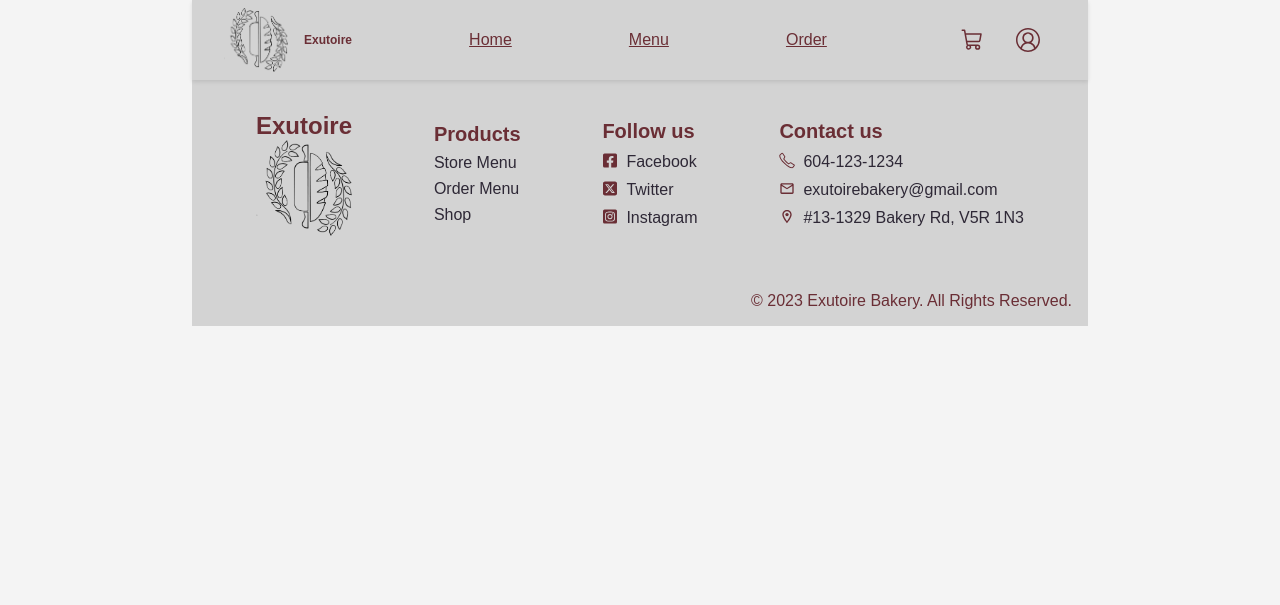
Repository: MelissaJacobi/COMP3170-final-proj
Page: /menu
The author's editor kept a copy of each file at every save. The page is drawn from the files as they stood at one save, then again after the next save.
The browser window is 1280 px wide. The pictures show the whole page.
The project was rebuilt for these pictures with package versions that can differ from the ones it lists, and the page was loaded fresh each time. Also part of the build but not shown: vite.config.js, src/components/Carousel.module.css, src/components/Carousel.tsx, src/components/Vision.module.css, src/components/Vision.tsx, src/components/MenuGallery.module.css, src/components/MenuGallery.tsx.

Above is the page before, as saved 2024-10-05 22:32:02.

### src/main.tsx
import { StrictMode } from 'react'
import { createRoot } from 'react-dom/client'
import App from './App.tsx'
import './index.css'

 createRoot(document.getElementById('root')!).render(
   <StrictMode>
     <App />
   </StrictMode>,
 )

### src/App.tsx
import { BrowserRouter as Router, Routes, Route } from 'react-router-dom';
import styles from './App.module.css';
import Header from './components/Header';
import Footer from './components/Footer';
import Carousel from './components/Carousel';
import Vision from './components/Vision';
import MenuGallery from './components/MenuGallery';
import Menu from './pages/menu';

function App() {
  return (
    <Router>
      <div className={styles.appContainer}>
      <Header />
      <Routes>

        <Route path="/" element={
          <>
            <Carousel />

              <div className={styles.filler}></div>
              <Vision />
              <MenuGallery />

          </>
        } />

        <Route path="/menu" element={<Menu />} />

      </Routes>
      <Footer />
      </div>
    </Router>
  );
}

export default App;

### src/index.css
* {
  margin: 0;
  padding: 0;
  box-sizing: border-box;
}

body {
  font-family: Arial, sans-serif;
  line-height: 1.6;
  background-color: #f4f4f4;
}

:root {
  --primary-color: lightgrey;
  --secondary-color: lightblue;
  --accent-color: #6A2E35;
  --background-color: white;
  --text-color: #2E2836;
}

### src/App.module.css
.appContainer {
    width: 70%;
    height: 100%;
    margin: auto;
}

.filler {
    height: 35rem;
}

### src/components/Header.tsx
// Header.tsx
import { Link } from 'react-router-dom';
import styles from './Header.module.css';
import logo from "../assets/images/logo.png";
import { PiShoppingCart } from "react-icons/pi";
import { VscAccount } from "react-icons/vsc";

export default function Header() {
  return (
    <div className={styles.container}>
      <div>
        <img src={logo} alt="Logo" className={styles.logo} />
        <p className={styles.siteTitle}>Exutoire</p>
      </div>
      <Link to="/" className={styles.links}>Home</Link>
      <Link to="/Menu" className={styles.links}>Menu</Link>
      <Link to="/order" className={styles.links}>Order</Link>
      <div>
        <PiShoppingCart className={styles.icon} />
        <VscAccount className={styles.icon} />
      </div>
    </div>
  );
}

### src/components/Footer.tsx
import logo from "../assets/images/logo.png"
import styles from "./Footer.module.css"
import { FaFacebookSquare } from "react-icons/fa";
import { FaSquareXTwitter } from "react-icons/fa6";
import { FaInstagramSquare } from "react-icons/fa";
import { SlPhone } from "react-icons/sl";
import { MdOutlineMailOutline } from "react-icons/md";
import { MdOutlineLocationOn } from "react-icons/md";

export default function Footer() {

  return (
    <>
      <div className={styles.container}>
        <div>
            <p className={styles.siteTitle}>Exutoire</p>
            <img src={logo} alt="Logo" className={styles.logo}/>
        </div>
        <ul>
          <p>Products</p>
          <li>Store Menu</li>
          <li>Order Menu</li>
          <li>Shop</li>
        </ul>
        <ul>
          <p>Follow us</p>
          <li><FaFacebookSquare className={styles.socialIcon}/>Facebook</li>
          <li><FaSquareXTwitter className={styles.socialIcon}/>Twitter</li>
          <li><FaInstagramSquare className={styles.socialIcon}/>Instagram</li>
        </ul>
        <ul>
          <p>Contact us</p>
          <li><SlPhone  className={styles.socialIcon}/>604-123-1234</li>
          <li><MdOutlineMailOutline className={styles.socialIcon}/>exutoirebakery@gmail.com</li>
          <li><MdOutlineLocationOn className={styles.socialIcon}/>#13-1329 Bakery Rd, V5R 1N3</li>
        </ul>
      </div>
      <p className={styles.copywrite}>© 2023 Exutoire Bakery.  All Rights Reserved.</p>
    </>
  )
}

### src/pages/menu.tsx
import styles from './Menu.module.css'

export default function Menu() {

  return (
    <>
    <div className={styles.container}>
        <div className={styles.banner}>

        </div>
    </div>

    </>
  )
}

### src/components/Header.module.css
.container {
    background-color: var(--primary-color);
    width: 100%;
    height: 5rem;
    display: flex;
    align-items: center;
    justify-content: space-between;
    padding: 2rem;
    position: sticky;
    top: 0;
    z-index: 1000;
    box-shadow: 0 2px 4px rgba(0, 0, 0, 0.1);
}

.logo {
    height: 4rem;
    width: 4rem;
}

.siteTitle {
    font-size: 12px;
    font-style: normal;
    font-weight: 700;
    line-height: normal;
    margin-left: 1rem;
    color: var(--accent-color)
}

.container div {
    display: flex;
    align-items: center;
}

.links {
    font-size: 16px;
    font-style: normal;
    font-weight: 400;
    line-height: normal;
    color: var(--accent-color)
}

.icon {
    height: 1.5rem;
    width: 1.5rem;
    margin: 1rem;
    color: var(--accent-color)
}

### src/components/Footer.module.css
.container {
    background-color: var(--primary-color);
    height: 100%;
    width: 100%;
    display: flex;
    align-items: center;
    justify-content: space-between;
    padding: 2rem 4rem;
}

.container div{
    text-align: center;
}

.logo {
    width: 6rem;
    height: 6rem;
}

.siteTitle {
    font-size: 24px;
    font-style: normal;
    font-weight: 700;
    line-height: normal;
    color: var(--accent-color)
}

.container ul p {
    color: var(--accent-color);
    font-size: 20px;
    font-style: normal;
    font-weight: 700;
    line-height: normal;
}

.container ul li {
    font-size: 16px;
    font-style: normal;
    font-weight: 400;
    line-height: normal;
    margin: 0.5rem 0rem;
    padding: 0;
    list-style-type: none;
    color: var(--text-color)
}

.socialIcon {
    transform: translateY(0.1rem);
    color: var(--accent-color);
    margin-right: 0.5rem;
}

.copywrite {
    width: 100%;
    text-align: right;
    padding: 1rem;
    font-size: 16px;
    font-style: normal;
    font-weight: 400;
    line-height: normal;
    color: var(--accent-color);
    background-color: var(--primary-color);
}

### src/pages/Menu.module.css
.container {
    width: 100%;
}

.banner {
    width: 100%;
}

Loaded but not shown: index.html (common file)

After the next save:
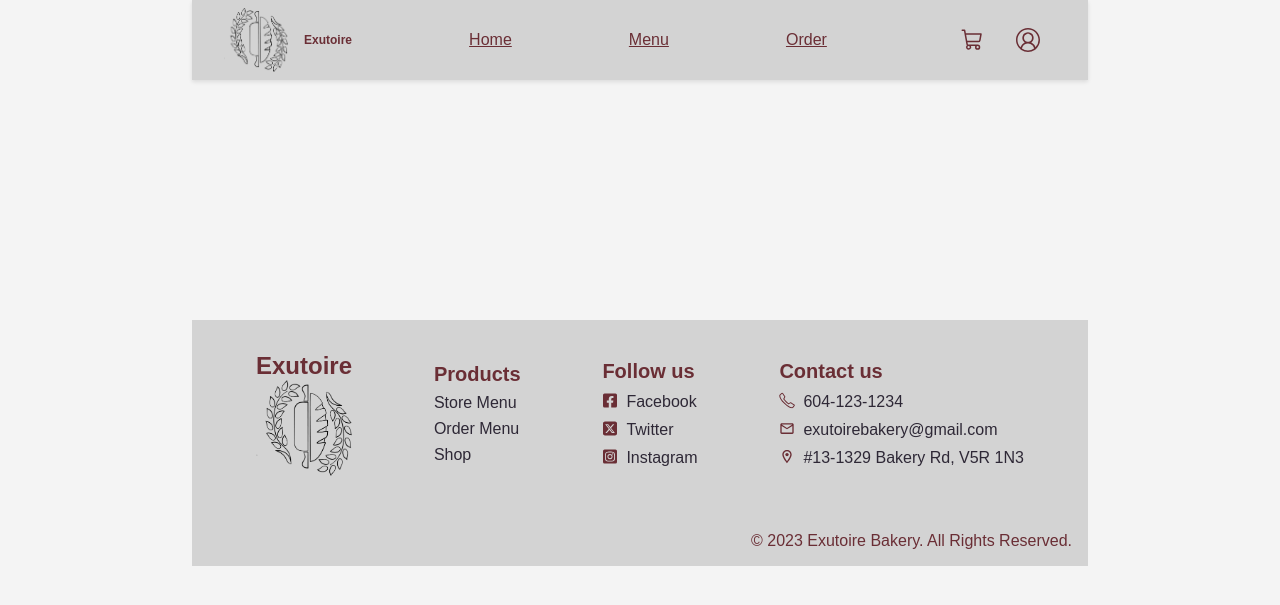
Saved 16 s later.
--- a/src/pages/Menu.module.css
+++ b/src/pages/Menu.module.css
@@ -4,4 +4,5 @@
 
 .banner {
     width: 100%;
+    height: 15rem;
 }
